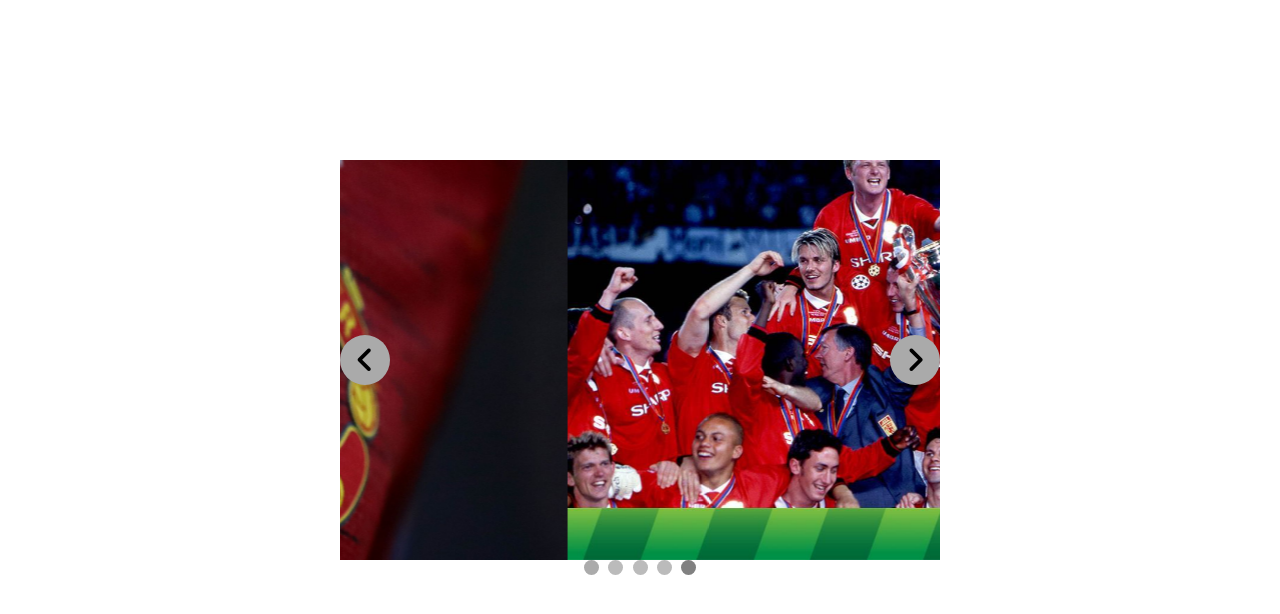
Repository: HoanTiny/slideShow
Page: index.html
An editor plug-in stored every save of this project. The page is shown before and after the next save, followed by the edit.
The browser window is 1280 px wide. The pictures show the whole page.
Some web libraries are served in a nearby version.

Above is the page before, as saved 2022-08-18 14:31:42.

After the next save:
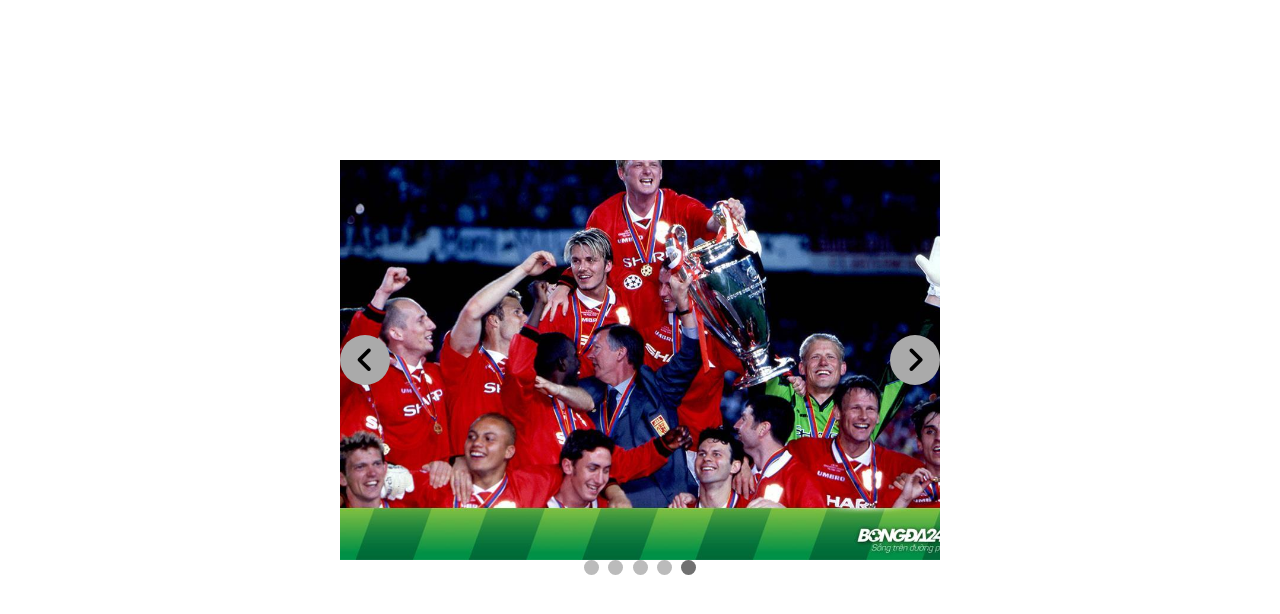
Saved 13 s later.
--- a/acssets/js/index.js
+++ b/acssets/js/index.js
@@ -44,6 +44,6 @@
         });
     });
 }
-setInterval(() => {
-    makeSlideshow(true);
-}, 5000);
+// setInterval(() => {
+//     makeSlideshow(true);
+// }, 5000);
